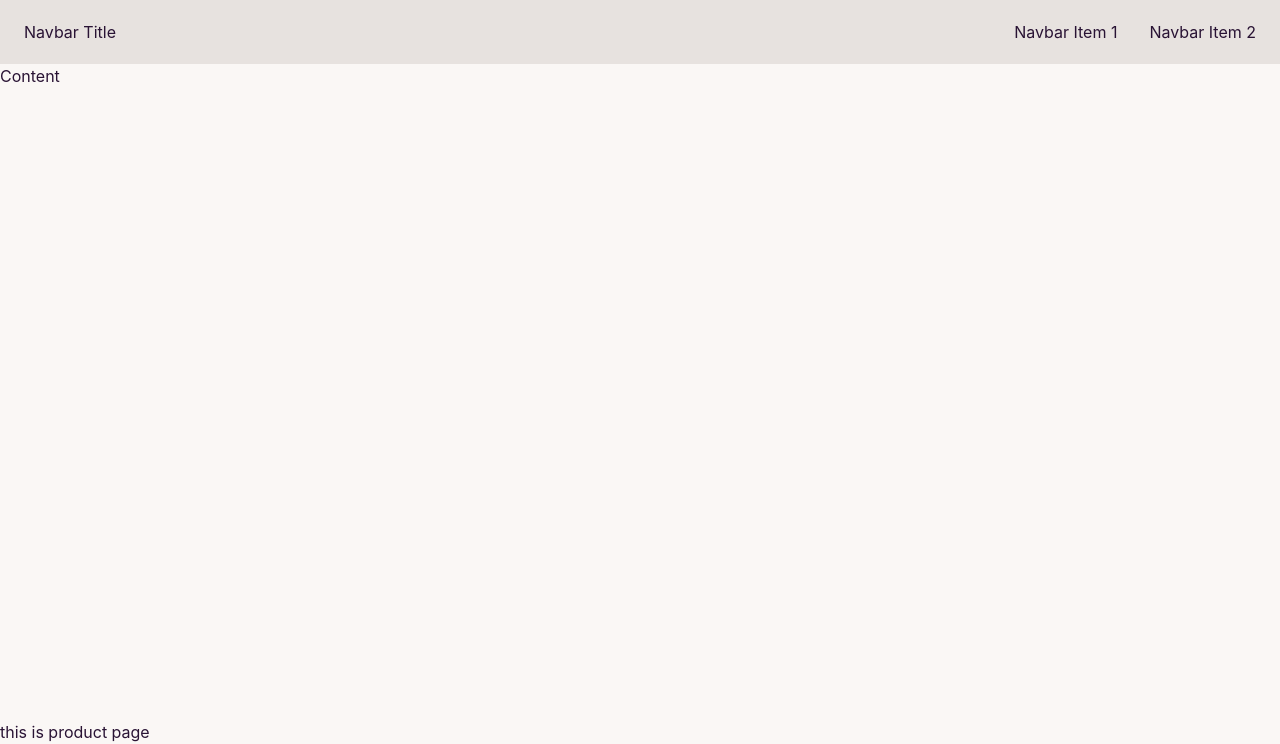
Repository: Tanvir3744/admin-portal
Page: /
The author's editor kept a copy of each file at every save. The page is drawn from the files as they stood at one save, then again after a run of saves.
The browser window is 1280 px wide. The pictures show the whole page.
The project was rebuilt for these pictures with package versions that can differ from the ones it lists, and the page was loaded fresh each time.

Above is the page before, as saved 2022-07-22 20:11:58.

After the next 2 saves:
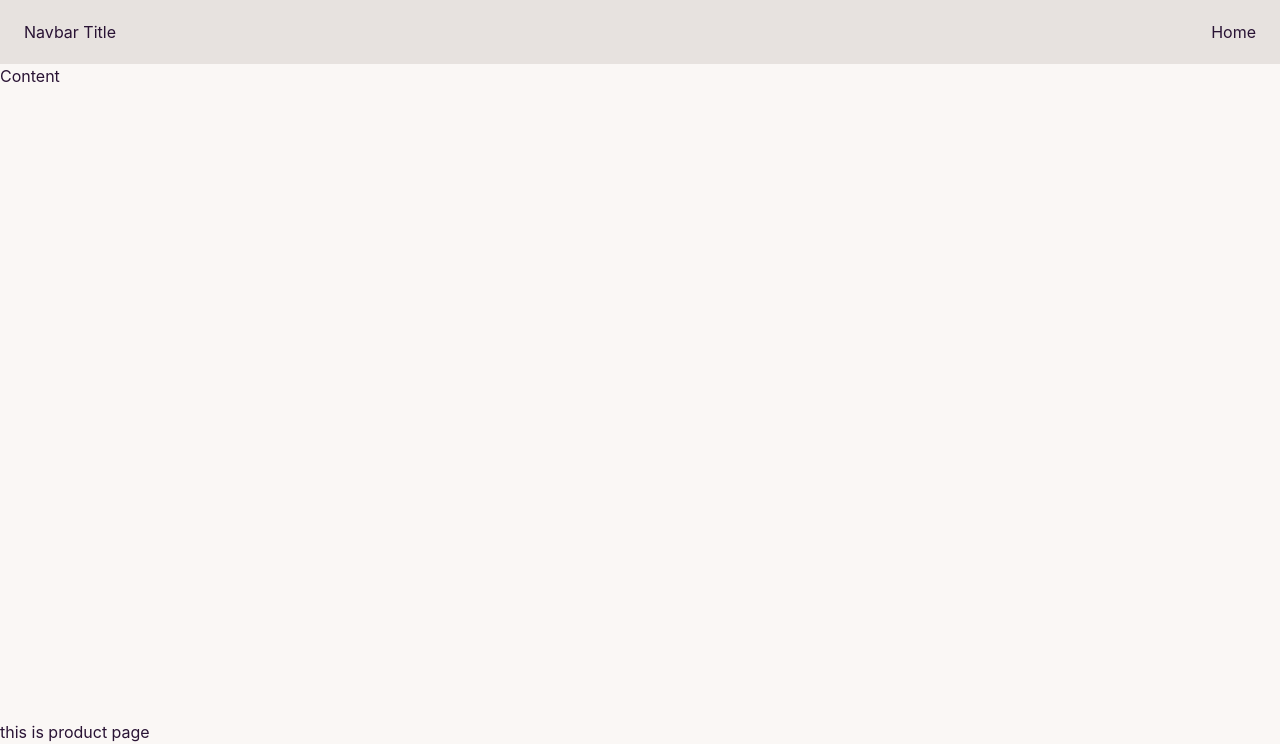
The 2 saves are shown as one change because they came seconds apart.
The last was saved 23 s later.
--- a/src/components/Header/Header.js
+++ b/src/components/Header/Header.js
@@ -1,44 +1,39 @@
 import React from 'react';
-import {Link} from 'react-router-dom'
+import { Link } from 'react-router-dom'
 const Header = () => {
     const menuItem = <>
         <li><Link to='/home'>Home</Link></li>
     </>
     return (
         <div>
-           <div class="drawer">
-  <input id="my-drawer-3" type="checkbox" class="drawer-toggle" />
-  <div class="drawer-content flex flex-col">
+            <div class="drawer">
+                <input id="my-drawer-3" type="checkbox" class="drawer-toggle" />
+                <div class="drawer-content flex flex-col">
 
-    <div class="w-full navbar bg-base-300">
-      <div class="flex-none lg:hidden">
-        <label for="my-drawer-3" class="btn btn-square btn-ghost">
-          <svg xmlns="http://www.w3.org/2000/svg" fill="none" viewBox="0 0 24 24" class="inline-block w-6 h-6 stroke-current"><path stroke-linecap="round" stroke-linejoin="round" stroke-width="2" d="M4 6h16M4 12h16M4 18h16"></path></svg>
-        </label>
-      </div>
-      <div class="flex-1 px-2 mx-2">Navbar Title</div>
-      <div class="flex-none hidden lg:block">
-        <ul class="menu menu-horizontal">
+                    <div class="w-full navbar bg-base-300">
+                        <div class="flex-none lg:hidden">
+                            <label for="my-drawer-3" class="btn btn-square btn-ghost">
+                                <svg xmlns="http://www.w3.org/2000/svg" fill="none" viewBox="0 0 24 24" class="inline-block w-6 h-6 stroke-current"><path stroke-linecap="round" stroke-linejoin="round" stroke-width="2" d="M4 6h16M4 12h16M4 18h16"></path></svg>
+                            </label>
+                        </div>
+                        <div class="flex-1 px-2 mx-2">Navbar Title</div>
+                        <div class="flex-none hidden lg:block">
+                            <ul class="menu menu-horizontal">
+                                {menuItem}
+                            </ul>
+                        </div>
+                    </div>
 
-          <li><a>Navbar Item 1</a></li>
-          <li><a>Navbar Item 2</a></li>
-        </ul>
-      </div>
-    </div>
+                    Content
+                </div>
+                <div class="drawer-side">
+                    <label for="my-drawer-3" class="drawer-overlay"></label>
+                    <ul class="menu p-4 overflow-y-auto w-80 bg-base-100">
+                        {menuItem}
+                    </ul>
 
-    Content
-  </div>
-  <div class="drawer-side">
-    <label for="my-drawer-3" class="drawer-overlay"></label>
-    <ul class="menu p-4 overflow-y-auto w-80 bg-base-100">
-
-      <li><a>Sidebar Item 1</a></li>
-      <li><a>Sidebar Item 2</a></li>
-
-    </ul>
-
-  </div>
-</div>
+                </div>
+            </div>
         </div>
     );
 };
